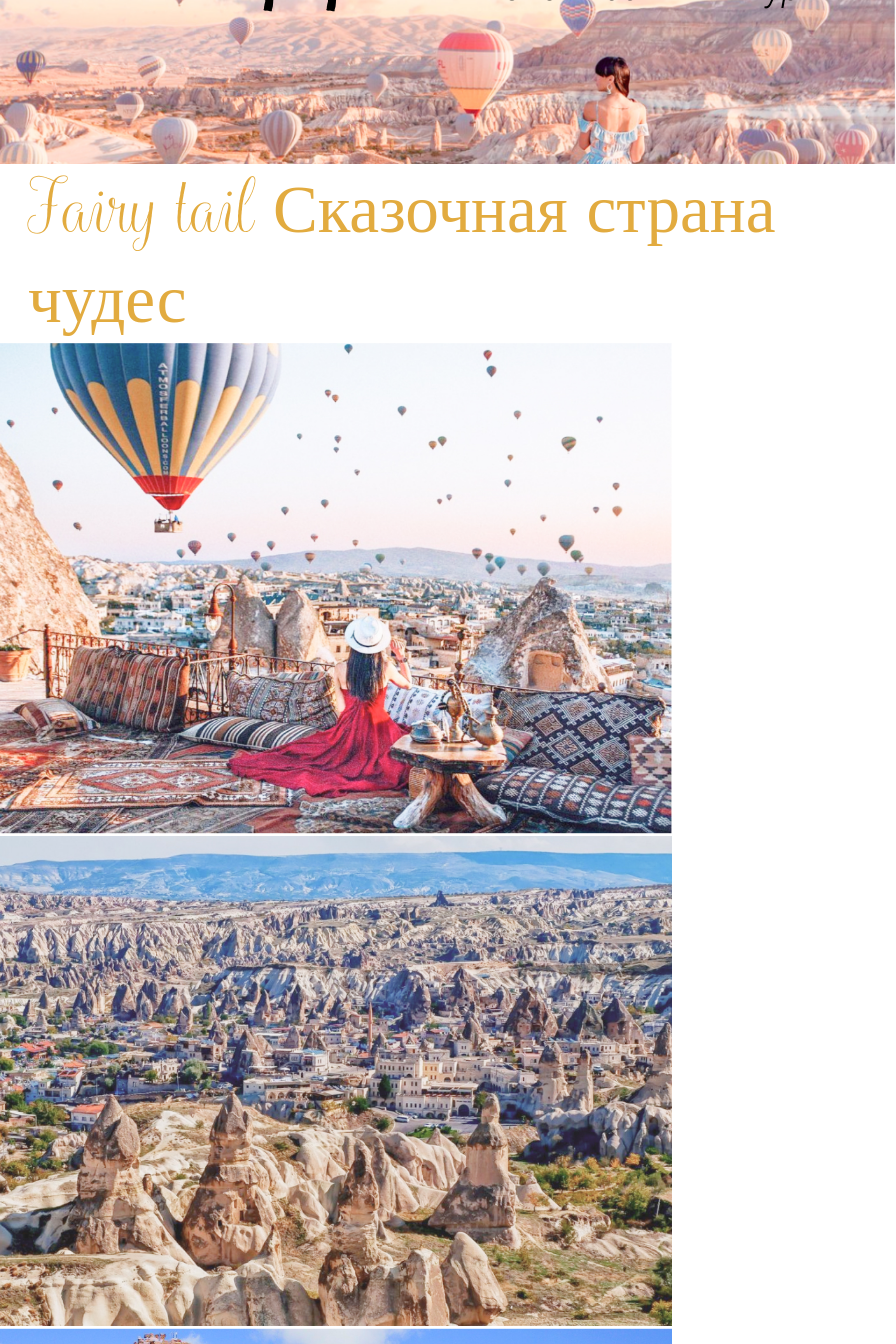
Repository: Lareeman/cappadocia
Page: index.html
The author's editor kept a copy of each file at every save. The page is drawn from the files as they stood at one save, then again after the next save.
The browser window is 1280 px wide. The pictures show the part of the page from y = 486 to 2406 px (the page is 3540 px tall before and 3740 px after), at 70% of full size.

Above is the page before, as saved 2024-01-27 10:57:45.

After the next save:
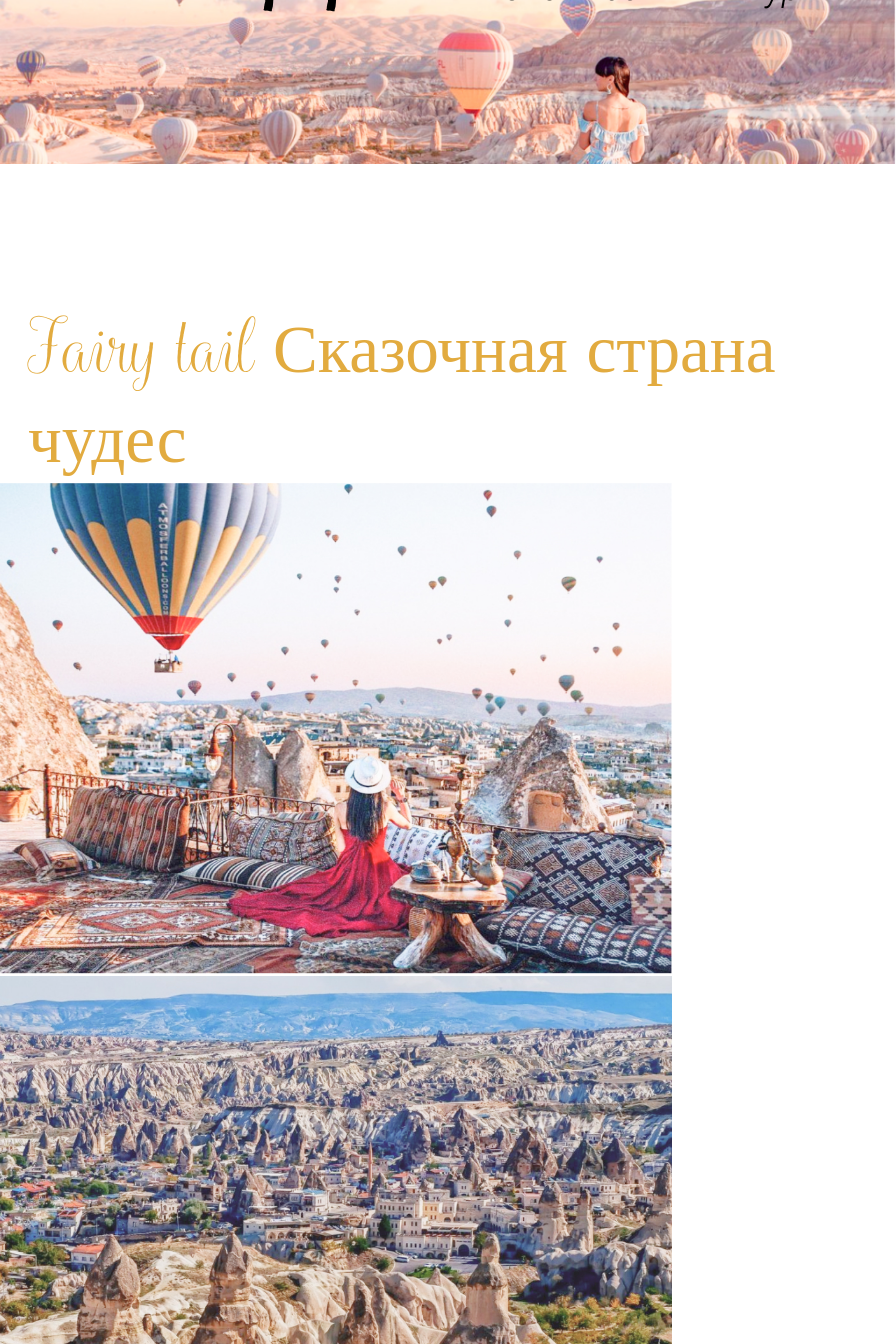
Saved 40 s later.
--- a/css/style.css
+++ b/css/style.css
@@ -82,6 +82,7 @@ body {
   background-repeat: no-repeat;
   background-position: bottom center;
   min-height: 100vh;
+  margin-bottom: 200px;
 }
 
 .container {
